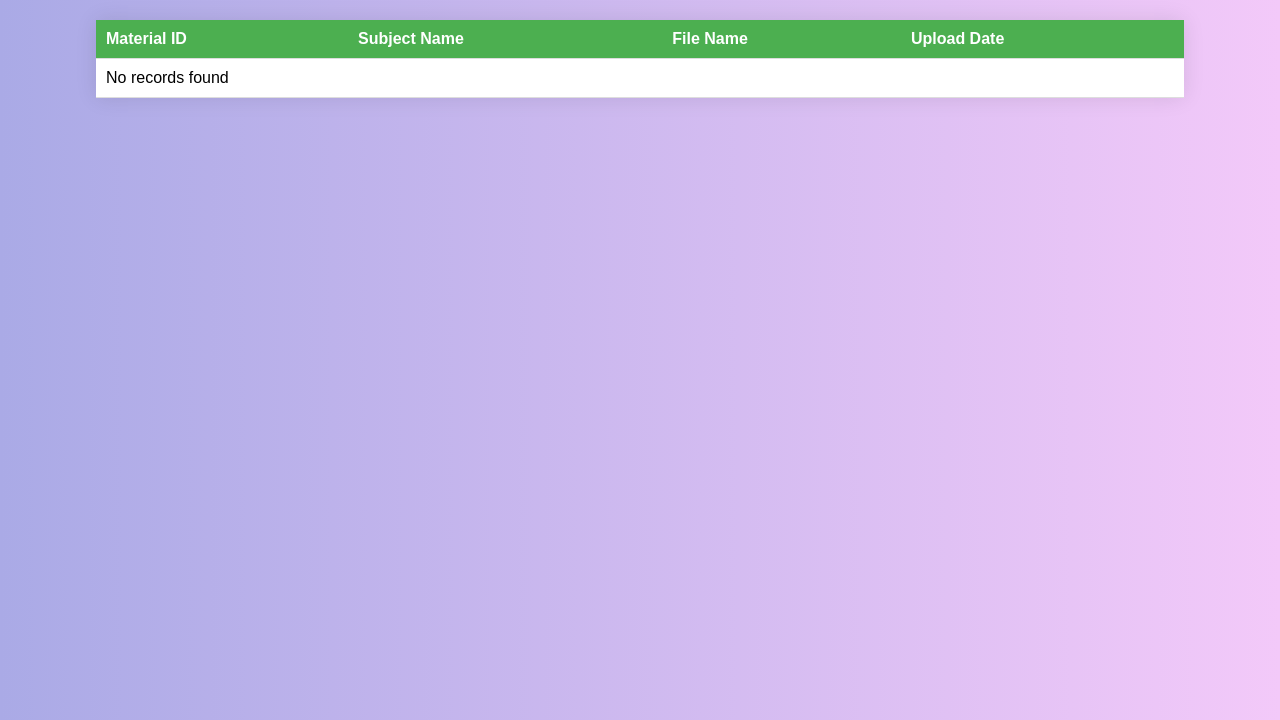
Repository: Acharya-Keerthana/Education
Page: http://localhost/third_sem/SPT.php
An editor plug-in stored every save of this project. The page is shown before and after the next save, followed by the edit.
The browser window is 1280 px wide. The pictures show the whole page.
The page is run by PHP 8.4 with error messages shown; the project is at /var/www/html/. Queries for data that is not in the repository find no rows.

Above is the page before, as saved 2024-04-16 19:25:58.

After the next save:
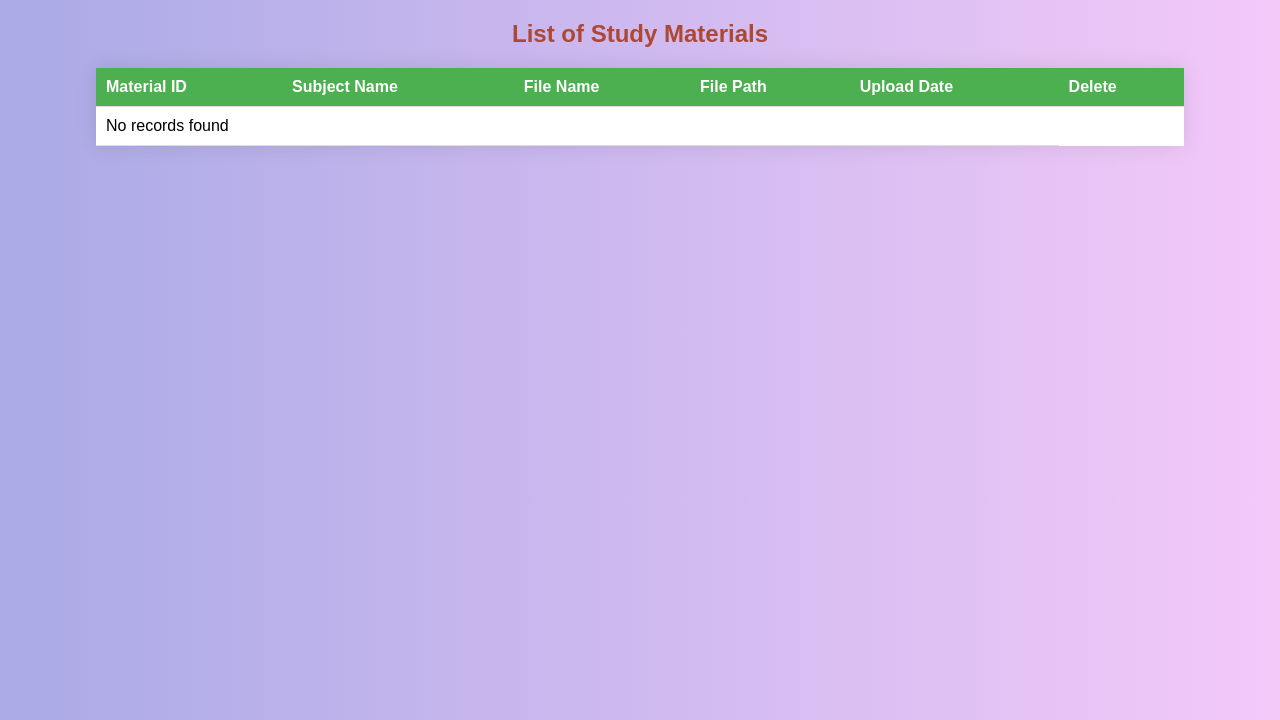
Saved 3 min 25 s later.
--- a/third_sem/SPT.php
+++ b/third_sem/SPT.php
@@ -5,21 +5,36 @@
 </head>
 <body>
     <div class="table-container">
+        <h2>List of Study Materials</h2>
         <table>
-            <tr><th>Material ID</th><th>Subject Name</th><th>File Name</th><th>Upload Date</th></tr>
+            <tr>
+                <th>Material ID</th>
+                <th>Subject Name</th>
+                <th>File Name</th>
+                <th>File Path</th>
+                <th>Upload Date</th>
+                <th>Delete</th>
+            </tr>
             <?php
             require 'database.php';
 
-            $sql = "SELECT sm.material_id, sm.file_name, sm.file_path, sm.upload_date, s.subject_name
+            $sql = "SELECT sm.material_id, sm.file_name,sm.file_path,sm.upload_date, s.subject_name
                     FROM study_materials sm
-                    JOIN subjects s ON sm.subject_id = s.subject_id WHERE s.subject_id= 1";
+                    JOIN subjects s ON sm.subject_id = s.subject_id WHERE s.subject_id=1";
 
             $result = $conn->query($sql);
 
             if ($result->num_rows > 0) {
                 // Fetch each row and populate the table
                 while ($row = $result->fetch_assoc()) {
-                    echo "<tr><td>" . $row["material_id"] . "</td><td>" . $row["subject_name"] . "</td><td>" . $row["file_name"] . "</td><td>" . $row["upload_date"] . "</td></tr>";
+                    echo "<tr>";
+                    echo "<td>" . $row["material_id"] . "</td>";
+                    echo "<td>" . $row["subject_name"] . "</td>";
+                    echo "<td>" . $row["file_name"] . "</td>";
+                    echo "<td>" . $row["file_path"] . "</td>";
+                    echo "<td>" . $row["upload_date"] . "</td>";
+                    echo "<td><a href='http://localhost/education/delete.php?material_id=" . $row['material_id'] . "' onclick=\"return confirm('Are you sure you want to delete this study material?');\">Delete</a></td>";
+                    echo "</tr>";
                 }
             } else {
                 echo "<tr><td colspan='5'>No records found</td></tr>";
